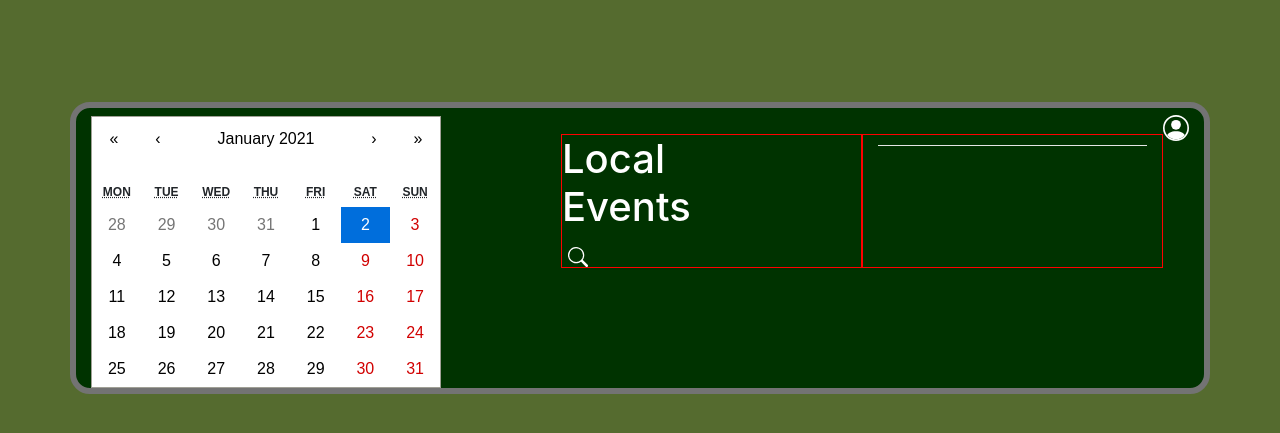
Repository: lalji-yadav/Calendar-code
Page: /
An editor plug-in stored every save of this project. The page is shown before and after the next save, followed by the edit.
The browser window is 1280 px wide. The pictures show the whole page.
The project was rebuilt for these pictures with package versions that can differ from the ones it lists, and the page was loaded fresh each time. Also part of the build but not shown: src/App.css.

Above is the page before, as saved 2021-01-03 14:26:43.

After the next save:
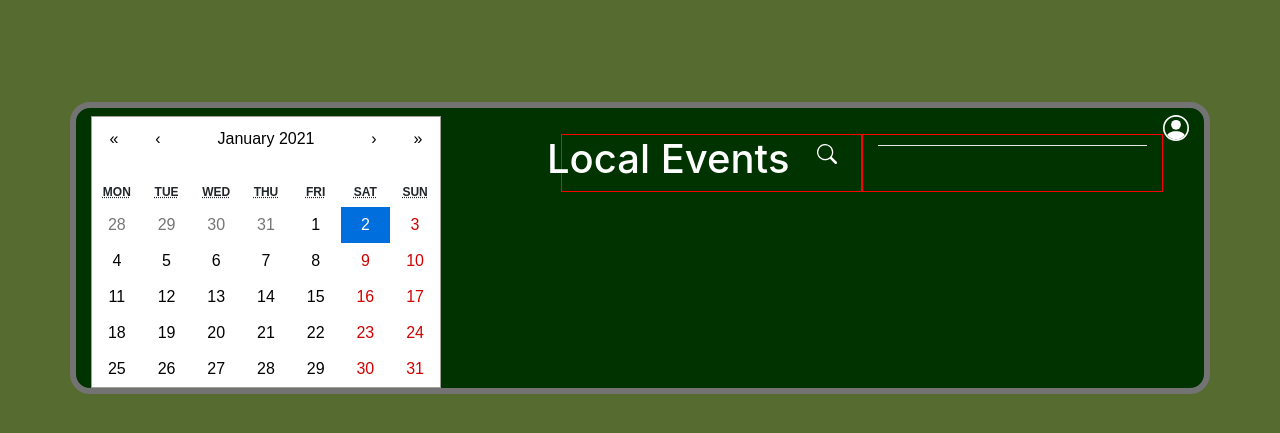
Saved 76 s later.
--- a/src/calendar/Home.js
+++ b/src/calendar/Home.js
@@ -23,10 +23,12 @@
 
             <div className="row" style={{paddingTop:"4%"}}>
                <div className="col-sm-6" style={{border:"1px solid red", padding:"0px"}}>
-               <h1 style={{color:"white", width:"80%"}}>Local Events </h1>
+                 <div className="row">
+                 <h1 style={{color:"white", width:"80%"}}>Local Events </h1>
                <svg  style={{margin:"3% 0% 0% 2%"}} xmlns="http://www.w3.org/2000/svg" width="20" height="20" fill="white" class="bi bi-search" viewBox="0 0 16 16">
                <path d="M11.742 10.344a6.5 6.5 0 1 0-1.397 1.398h-.001c.03.04.062.078.098.115l3.85 3.85a1 1 0 0 0 1.415-1.414l-3.85-3.85a1.007 1.007 0 0 0-.115-.1zM12 6.5a5.5 5.5 0 1 1-11 0 5.5 5.5 0 0 1 11 0z"/>
                </svg>
+                 </div>
                </div>
                <div className="col-sm-6" style={{border:"1px solid red"}}>
                <hr style={{marginTop:"10px"}} />
